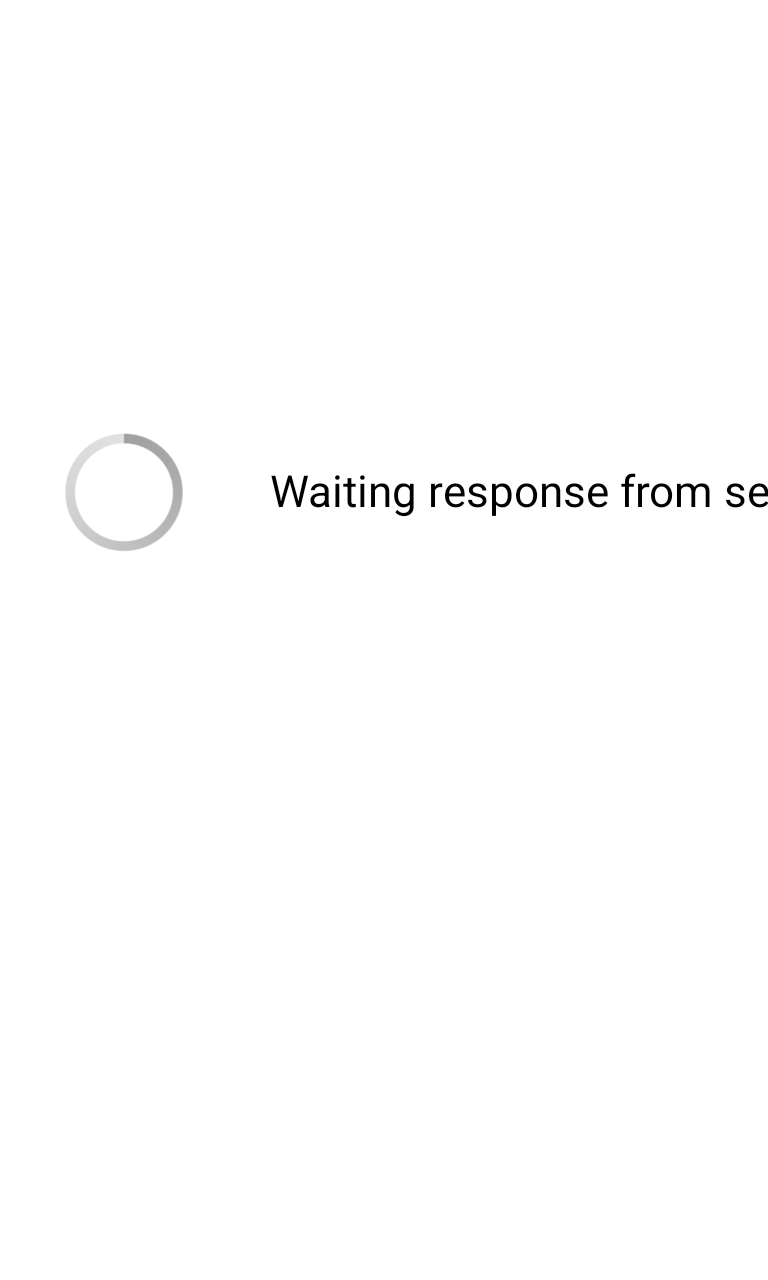
Repository: numaiomul/eclipse_workspace
Layout: CIS/res/layout/loading_scene.xml
An editor plug-in stored every save of this project. The layout is shown before and after the next save, followed by the edit.
It is drawn on a 768 x 1280 px phone screen (xhdpi) without system bars, with theme AppTheme; the app's code is not run.

Above is the layout before, as saved 2012-10-28 02:13:26.

### CIS/res/layout/loading_scene.xml
<?xml version="1.0" encoding="utf-8"?>
<AbsoluteLayout xmlns:android="http://schemas.android.com/apk/res/android"
    android:layout_width="match_parent"
    android:layout_height="match_parent" >

    <ProgressBar
        android:id="@+id/progressBar1"
        style="?android:attr/progressBarStyleLarge"
        android:layout_width="wrap_content"
        android:layout_height="wrap_content"
        android:layout_x="24dp"
        android:layout_y="208dp" />

    <TextView
        android:id="@+id/textView1"
        android:layout_width="wrap_content"
        android:layout_height="wrap_content"
        android:layout_x="135dp"
        android:layout_y="230dp"
        android:text="@string/loading"
        android:textAppearance="?android:attr/textAppearanceLarge" />

</AbsoluteLayout>

### CIS/res/values/strings.xml
<?xml version="1.0" encoding="UTF-8" standalone="no"?>
<resources>
    <string name="app_name">CIS</string>
    <string name="hello_world">Please scan marker.</string>
    <string name="menu_settings">Settings</string>
    <string name="title_activity_main">CIS</string>
    <string name="button">Scan</string>
    <string name="loading">Waiting response from server...</string>
</resources>

Loaded but not shown: CIS/res/values-v11/styles.xml (common file); CIS/res/values-v14/styles.xml (common file); CIS/res/values/styles.xml (common file)

After the next save:
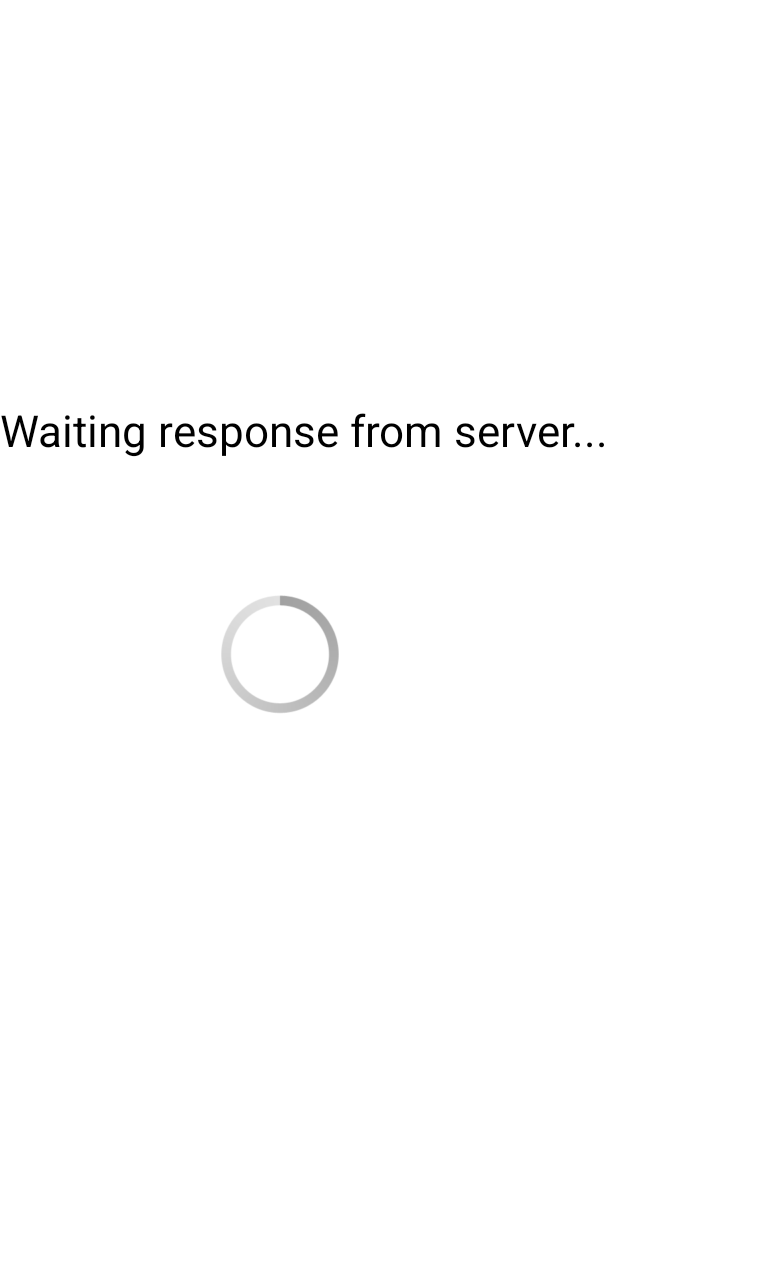
Saved 37 s later.
--- a/CIS/res/layout/loading_scene.xml
+++ b/CIS/res/layout/loading_scene.xml
@@ -2,22 +2,22 @@
 <AbsoluteLayout xmlns:android="http://schemas.android.com/apk/res/android"
     android:layout_width="match_parent"
     android:layout_height="match_parent" >
+
+    <TextView
+        android:id="@+id/textView1"
+        android:layout_width="match_parent"
+        android:layout_height="104dp"
+        android:layout_x="0dp"
+        android:layout_y="200dp"
+        android:text="@string/loading"
+        android:textAppearance="?android:attr/textAppearanceLarge" />
 
     <ProgressBar
         android:id="@+id/progressBar1"
         style="?android:attr/progressBarStyleLarge"
         android:layout_width="wrap_content"
         android:layout_height="wrap_content"
-        android:layout_x="24dp"
-        android:layout_y="208dp" />
-
-    <TextView
-        android:id="@+id/textView1"
-        android:layout_width="wrap_content"
-        android:layout_height="wrap_content"
-        android:layout_x="135dp"
-        android:layout_y="230dp"
-        android:text="@string/loading"
-        android:textAppearance="?android:attr/textAppearanceLarge" />
+        android:layout_x="102dp"
+        android:layout_y="289dp" />
 
 </AbsoluteLayout>
